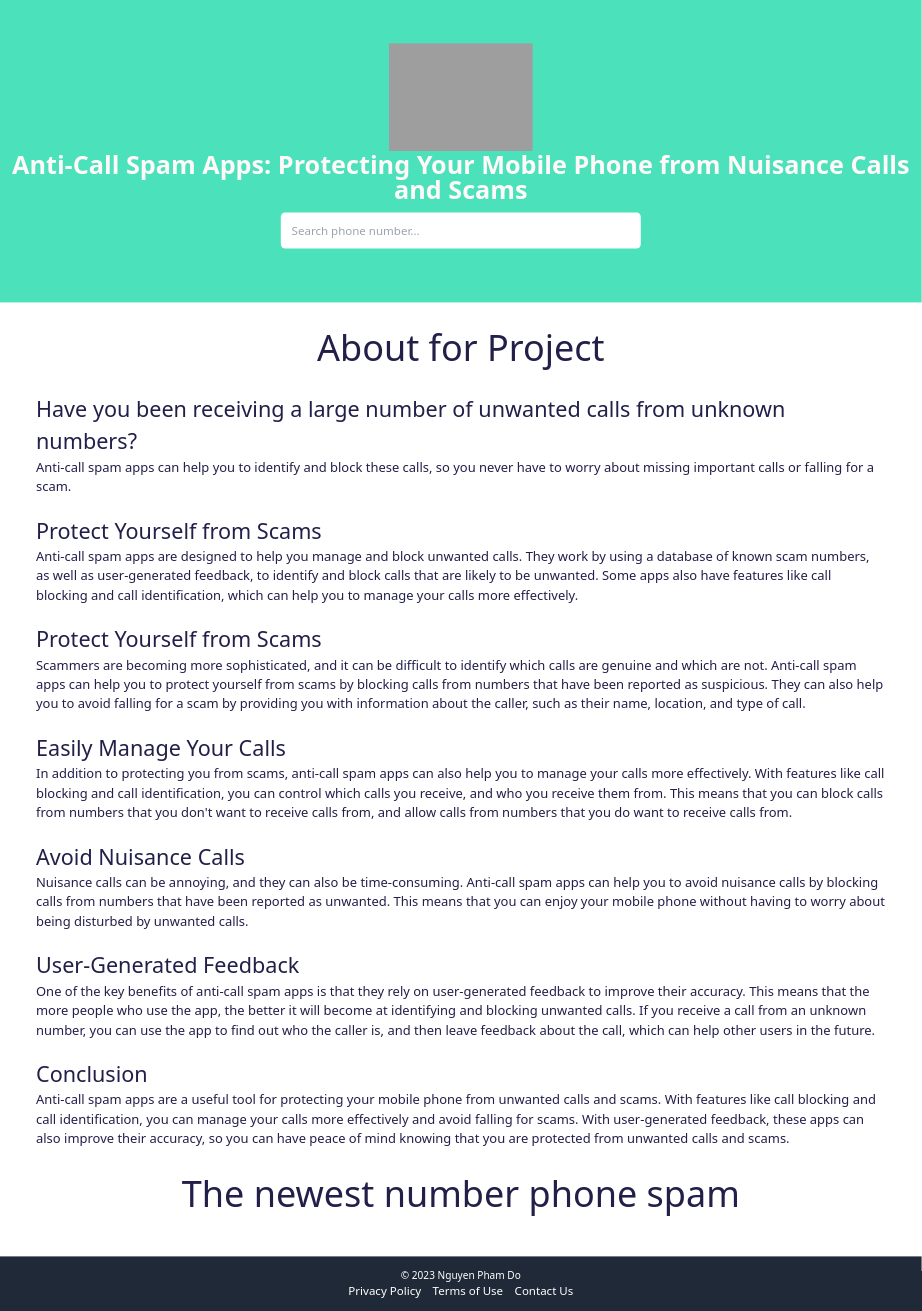
Repository: NPham1402/Web-user-callSpamBlocker
Page: /
An editor plug-in stored every save of this project. The page is shown before and after a run of saves, followed by the edit.
The browser window is 1280 px wide. The pictures show the whole page, at 72% of full size.
Pictures or frames that could not be fetched are drawn as grey boxes. The page's requests for data from a server got no answer. The project was rebuilt for these pictures with package versions that can differ from the ones it lists, and the page was loaded fresh each time. The framework's server and built-in components were replaced by stand-ins that run in the browser. No one was signed in, and anything a server would have sent is missing. Also part of the build but not shown: next.config.js, styles/Home.module.css, pages/detail.js, pages/components/numberPhone.js.

Above is the page before, as saved 2023-02-09 21:03:46.

### pages/index.js
import Head from "next/head";
import Image from "next/image";
import { Inter } from "@next/font/google";
import styles from "../styles/Home.module.css";
import NumberPhone from "./components/numberPhone";
import { useEffect, useState } from "react";
import axios from "axios";

const inter = Inter({ subsets: ["latin"] });

export default function Home() {
  const [data, setData] = useState(null);
  const [loading, setLoading] = useState(true);
  useEffect(() => {
    axios.get("http://localhost:3000/api/getnumber").then((value) => {
      console.log(value.data);
      setData(value.data);
      setLoading(false);
    });
  }, []);
  return (
    <>
      <Head>
        <title>Check number spam</title>
        <meta name="description" content="Generated by create next app" />
        <meta name="viewport" content="width=device-width, initial-scale=1" />
        <link rel="icon" href="/favicon.ico" />
      </Head>
      <main className="relative">
        <div className="w-100 h-[420px] bg-[#4BE1BA]">
          <img
            src="https://static.callblocker.org/img/logo.png"
            className="mx-auto pt-[60px] w-[200px]"
          />
          <p className="text-center leading-none font-Raleway font-semibold text-[35px] text-[#FFF8F8] ">
            Anti-Call Spam Apps: Protecting Your Mobile Phone from Nuisance
            Calls and Scams
          </p>
          <div className="text-center mt-[15px] ">
            <input
              className="w-[500px] h-[50px] rounded-[6px] p-[15px]"
              placeholder="Search phone number..."
            />
            {/* <img
              src="https://static.callblocker.org/img/search.svg"
              className="w-[50px]"
            /> */}
          </div>
        </div>
        <div className="font px-[50px]">
          <p className="font-medium text-[50px] text-center text-[#221f49]  pt-[25px]">
            About for Project
          </p>
          <p className="font-medium text-[#221f49] text-[30px]  pt-[25px]">
            Have you been receiving a large number of unwanted calls from
            unknown numbers?
          </p>
          <p className=" text-[18px] text-[#221f49]">
            Anti-call spam apps can help you to identify and block these calls,
            so you never have to worry about missing important calls or falling
            for a scam.
          </p>
          <p className="font-medium text-[30px] text-[#221f49]  pt-[25px]">
            Protect Yourself from Scams
          </p>
          <p className=" text-[18px]  text-[#221f49]  ">
            Anti-call spam apps are designed to help you manage and block
            unwanted calls. They work by using a database of known scam numbers,
            as well as user-generated feedback, to identify and block calls that
            are likely to be unwanted. Some apps also have features like call
            blocking and call identification, which can help you to manage your
            calls more effectively.
          </p>
          <p className="font-medium text-[30px] text-[#221f49]  pt-[25px]">
            Protect Yourself from Scams
          </p>
          <p className=" text-[18px] text-[#221f49]  ">
            Scammers are becoming more sophisticated, and it can be difficult to
            identify which calls are genuine and which are not. Anti-call spam
            apps can help you to protect yourself from scams by blocking calls
            from numbers that have been reported as suspicious. They can also
            help you to avoid falling for a scam by providing you with
            information about the caller, such as their name, location, and type
            of call.
          </p>
          <p className="font-medium text-[30px] text-[#221f49]  pt-[25px]">
            Easily Manage Your Calls
          </p>
          <p className=" text-[18px] text-[#221f49]  ">
            In addition to protecting you from scams, anti-call spam apps can
            also help you to manage your calls more effectively. With features
            like call blocking and call identification, you can control which
            calls you receive, and who you receive them from. This means that
            you can block calls from numbers that you don't want to receive
            calls from, and allow calls from numbers that you do want to receive
            calls from.
          </p>
          <p className="font-medium text-[30px] text-[#221f49]  pt-[25px]">
            Avoid Nuisance Calls
          </p>
          <p className=" text-[18px] text-[#221f49]  ">
            Nuisance calls can be annoying, and they can also be time-consuming.
            Anti-call spam apps can help you to avoid nuisance calls by blocking
            calls from numbers that have been reported as unwanted. This means
            that you can enjoy your mobile phone without having to worry about
            being disturbed by unwanted calls.
          </p>
          <p className="font-medium text-[30px] text-[#221f49]  pt-[25px]">
            User-Generated Feedback
          </p>
          <p className=" text-[18px] text-[#221f49]  ">
            One of the key benefits of anti-call spam apps is that they rely on
            user-generated feedback to improve their accuracy. This means that
            the more people who use the app, the better it will become at
            identifying and blocking unwanted calls. If you receive a call from
            an unknown number, you can use the app to find out who the caller
            is, and then leave feedback about the call, which can help other
            users in the future.
          </p>
          <p className="font-medium text-[30px] text-[#221f49]  pt-[25px]">
            Conclusion
          </p>
          <p className=" text-[18px] text-[#221f49]  ">
            Anti-call spam apps are a useful tool for protecting your mobile
            phone from unwanted calls and scams. With features like call
            blocking and call identification, you can manage your calls more
            effectively and avoid falling for scams. With user-generated
            feedback, these apps can also improve their accuracy, so you can
            have peace of mind knowing that you are protected from unwanted
            calls and scams.
          </p>
          <p className="font-medium text-[50px] text-center text-[#221f49]  pt-[25px]">
            The newest number phone spam
          </p>
          <div className="flex flex-row flex-wrap justify-center">
            {loading === false &&
              data.map((value) => (
                <NumberPhone
                  zone={value.zone}
                  country={value.country}
                  numberPhone={value.phone_number}
                  provider={value.provider}
                  key={value._id}
                  id={value._id}
                />
              ))}
          </div>
        </div>
      </main>
      <footer class="bg-gray-800 mt-[50px] text-white py-4">
        <div class="container mx-auto">
          <p class="text-center text-sm">&copy; 2023 Nguyen Pham Do</p>
          <div class="flex justify-center">
            <a href="#" class="text-white mx-2">
              Privacy Policy
            </a>
            <a href="#" class="text-white mx-2">
              Terms of Use
            </a>
            <a href="#" class="text-white mx-2">
              Contact Us
            </a>
          </div>
        </div>
      </footer>
    </>
  );
}

### styles/globals.css
@tailwind base;
@tailwind components;
@tailwind utilities;
@import url('https://fonts.googleapis.com/css2?family=Raleway:ital&display=swap');

Loaded but not shown: pages/_app.js (common file); pages/_document.js (common file); tailwind.config.js (common file)

After the next 2 saves:
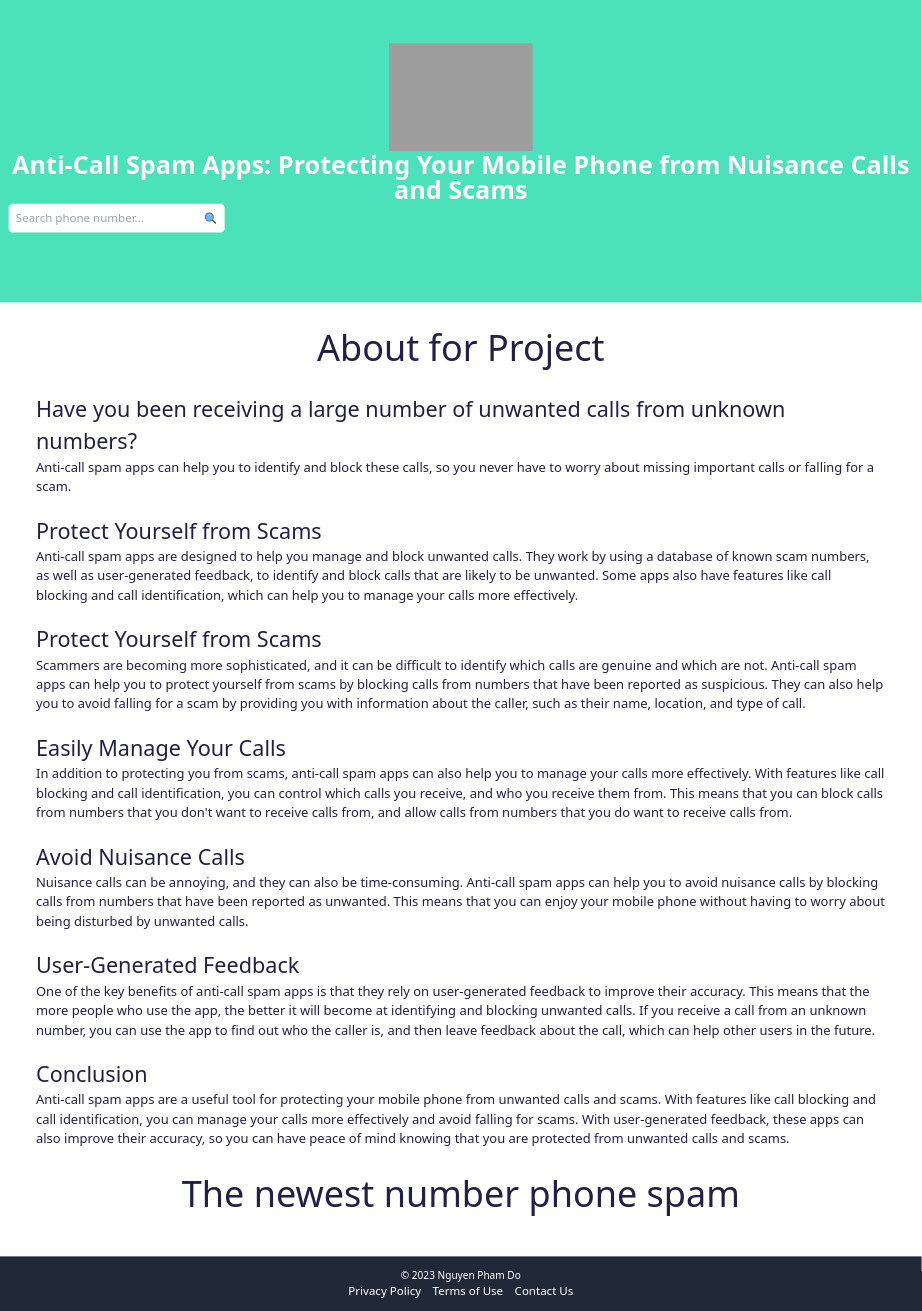
The 2 saves are shown as one change because they came seconds apart.
The last was saved 87 s later.
--- a/pages/index.js
+++ b/pages/index.js
@@ -5,6 +5,7 @@ import styles from "../styles/Home.module.css";
 import NumberPhone from "./components/numberPhone";
 import { useEffect, useState } from "react";
 import axios from "axios";
+import { FcSearch } from "react-icons/fc";
 
 const inter = Inter({ subsets: ["latin"] });
 
@@ -36,15 +37,12 @@ export default function Home() {
             Anti-Call Spam Apps: Protecting Your Mobile Phone from Nuisance
             Calls and Scams
           </p>
-          <div className="text-center mt-[15px] ">
+          <div className="flex flex-row p-[10px] rounded-[6px]  w-[300px] h-[40px] ml-[12px] mt-[3px] bg-white">
             <input
-              className="w-[500px] h-[50px] rounded-[6px] p-[15px]"
+              className="w-full h-full "
               placeholder="Search phone number..."
             />
-            {/* <img
-              src="https://static.callblocker.org/img/search.svg"
-              className="w-[50px]"
-            /> */}
+            <FcSearch className="text-[20px]" />
           </div>
         </div>
         <div className="font px-[50px]">
